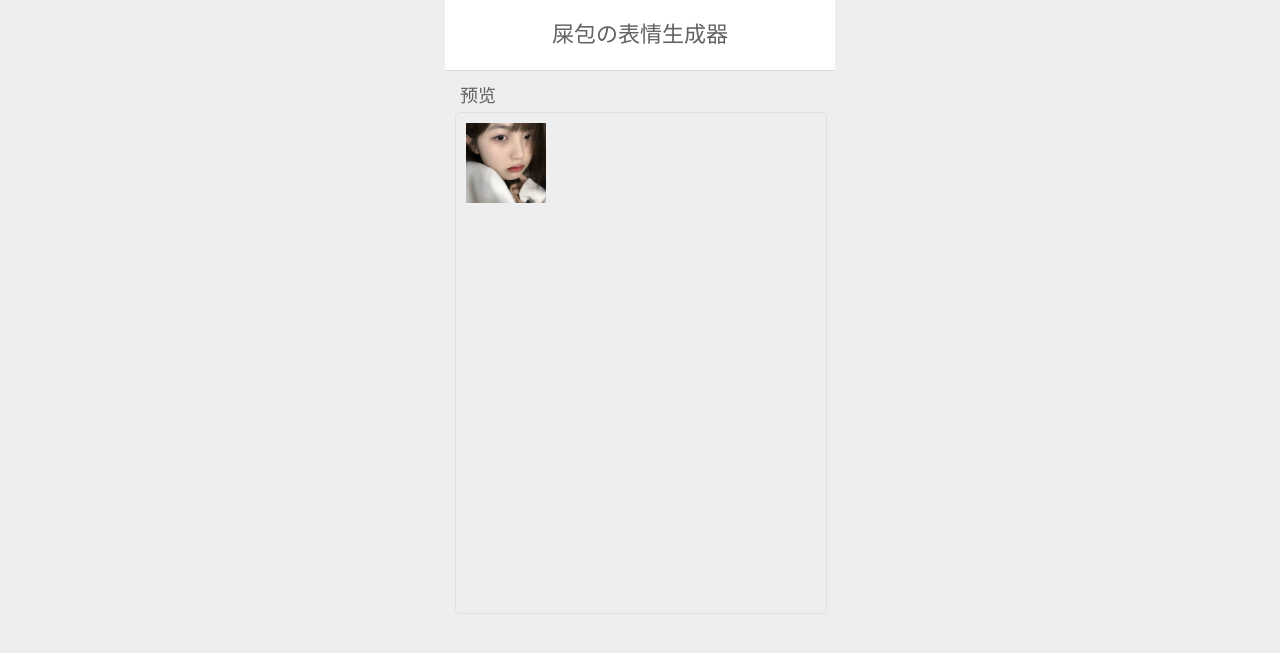
Repository: long-zuyang/shibao
Page: /
An editor plug-in stored every save of this project. The page is shown before and after a run of saves, followed by the edit.
The browser window is 1280 px wide. The pictures show the whole page.
The project was rebuilt for these pictures with package versions that can differ from the ones it lists, and the page was loaded fresh each time. Also part of the build but not shown: vite.config.ts.

Above is the page before, as saved 2023-06-30 00:55:02.

After the next 2 saves:
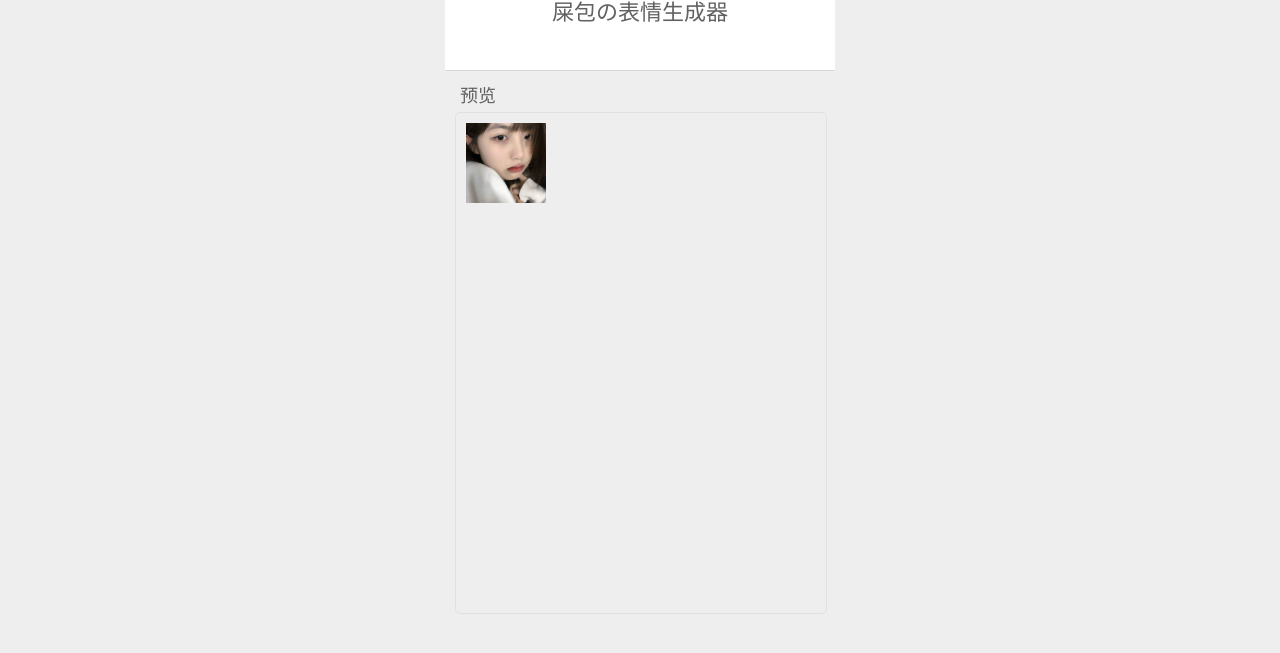
The 2 saves are shown as one change because they came seconds apart.
The last was saved 18 s later.
--- a/src/App.less
+++ b/src/App.less
@@ -15,7 +15,6 @@ body {
         text-align: center;
         position: absolute;
         width: 100%;
-        padding-top: 22px;
         font-family: 微软雅黑;
       }
     }
